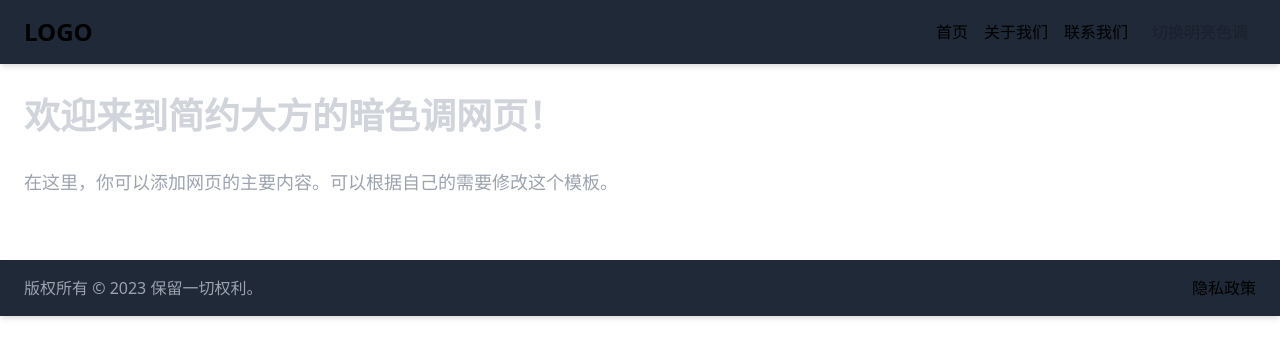
Repository: skybainiao/HackerStarter
Page: index.html
An editor plug-in stored every save of this project. The page is shown before and after the next save, followed by the edit.
The browser window is 1280 px wide. The pictures show the whole page.
After loading, the first visible `#themeToggle` was clicked once.

Above is the page before, as saved 2023-04-08 15:27:47.

After the next save:
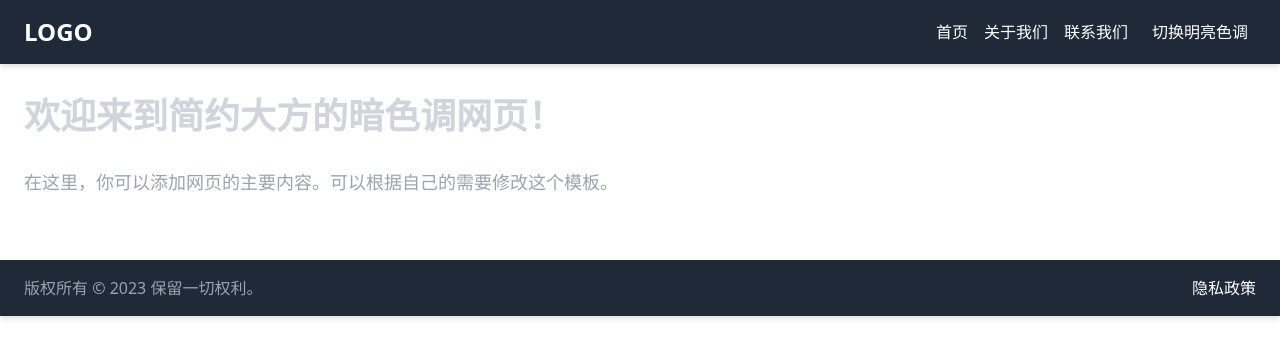
Saved 24 s later.
--- a/index.html
+++ b/index.html
@@ -28,7 +28,7 @@
       /* 明亮色调 */
       body.light-theme {
         background-color: white;
-        color: #1a202c;
+        color: #ffffff;
       }
 
       .light-theme .header,
@@ -39,13 +39,13 @@
       .light-theme a,
       .light-theme .header a,
       .light-theme .footer a {
-        color: #000000;
+        color: #ffffff;
       }
 
       .light-theme a:hover,
       .light-theme .header a:hover,
       .light-theme .footer a:hover {
-        color: #000000;
+        color: #ffffff;
       }
     </style>
 
